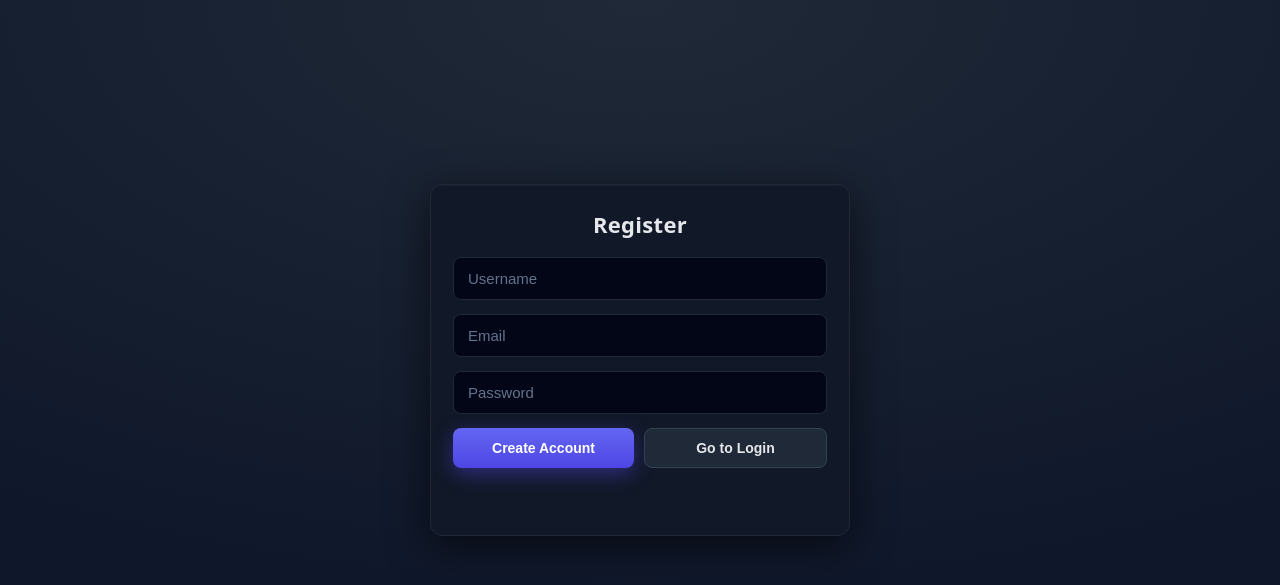
Repository: xqill275/AshChat
Page: public/register.html
An editor plug-in stored every save of this project. The page is shown before and after the next save, followed by the edit.
The browser window is 1280 px wide. The pictures show the whole page.

Above is the page before, as saved 2026-02-13 23:21:21.

### public/register.html
<!doctype html>
<html lang="en">
  <head>
    <meta charset="utf-8" />
    <title>Register</title>
    <meta name="viewport" content="width=device-width, initial-scale=1" />
    <link rel="stylesheet" href="css/login.css" />
  </head>

  <body>
    <div class="card">
      <h2>Register</h2>

      <div class="field">
        <input id="username" placeholder="Username" />
      </div>

      <div class="field">
        <input id="email" placeholder="Email" />
      </div>

      <div class="field">
        <input id="password" type="password" placeholder="Password" />
      </div>

      <div class="actions">
        <button id="btn">Create Account</button>
        <button id="login">Go to Login</button>
      </div>

      <pre id="out"></pre>
    </div>

    <script>
      document.getElementById("btn").onclick = async () => {
        const res = await fetch("/auth/register", {
          method: "POST",
          headers: { "content-type": "application/json" },
          credentials: "include",
          body: JSON.stringify({
            username: username.value,
            email: email.value,
            password: password.value
          })
        });

        out.textContent = await res.text();
        if (res.ok) location.href = "/app.html";
      };

      document.getElementById("login").onclick = () => {
        location.href = "/login.html";
      };
    </script>
  </body>
</html>

### public/css/login.css
/* ---- Reset / base ---- */
* {
  box-sizing: border-box;
}

html, body {
  height: 100%;
  margin: 0;
  font-family: system-ui, -apple-system, BlinkMacSystemFont, "Segoe UI",
    Roboto, Oxygen, Ubuntu, Cantarell, sans-serif;
  background: radial-gradient(1200px 600px at top, #1f2937, #0f172a);
  color: #e5e7eb;
}

/* ---- Layout ---- */
body {
  display: flex;
  align-items: center;
  justify-content: center;
  padding: 16px;
}

/* ---- Card ---- */
.card {
  width: 100%;
  max-width: 420px;
  background: #111827;
  border: 1px solid #1f2937;
  border-radius: 12px;
  padding: 24px 22px 22px;
  box-shadow:
    0 10px 40px rgba(0, 0, 0, 0.6),
    inset 0 1px 0 rgba(255, 255, 255, 0.03);
}

.card h2 {
  margin: 0 0 18px;
  font-size: 22px;
  font-weight: 600;
  text-align: center;
  letter-spacing: 0.3px;
}

/* ---- Fields ---- */
.field {
  margin-bottom: 14px;
}

.field input {
  width: 100%;
  padding: 12px 14px;
  border-radius: 8px;
  border: 1px solid #1f2937;
  background: #020617;
  color: #e5e7eb;
  font-size: 15px;
  outline: none;
  transition: border-color 0.15s, box-shadow 0.15s;
}

.field input::placeholder {
  color: #64748b;
}

.field input:focus {
  border-color: #6366f1;
  box-shadow: 0 0 0 3px rgba(99, 102, 241, 0.25);
}

/* ---- Actions ---- */
.actions {
  display: flex;
  gap: 10px;
  margin-top: 8px;
}

.actions button {
  flex: 1;
  padding: 11px 14px;
  border-radius: 8px;
  border: none;
  font-size: 14px;
  font-weight: 600;
  cursor: pointer;
  transition: transform 0.05s, background 0.15s, box-shadow 0.15s;
}

/* Primary */
#btn {
  background: linear-gradient(180deg, #6366f1, #4f46e5);
  color: white;
  box-shadow: 0 6px 20px rgba(79, 70, 229, 0.45);
}

#btn:hover {
  background: linear-gradient(180deg, #7075f4, #5b53eb);
}

#btn:active {
  transform: translateY(1px);
}

/* Secondary */
#login {
  background: #1f2937;
  color: #e5e7eb;
  border: 1px solid #334155;
}

#login:hover {
  background: #243041;
}

/* ---- Output / errors ---- */
#out {
  margin-top: 14px;
  min-height: 18px;
  font-size: 13px;
  color: #f87171;
  white-space: pre-wrap;
  text-align: center;
}

/* ---- Small screens ---- */
@media (max-width: 420px) {
  .card {
    padding: 20px 18px;
  }
}

### public/css/register.css
<!doctype html>
<html lang="en">
  <head>
    <meta charset="utf-8" />
    <title>Login</title>
    <meta name="viewport" content="width=device-width, initial-scale=1" />
    <link rel="stylesheet" href="css/login.css" />
  </head>

  <body>
    <div class="card">
      <h2>Login</h2>

      <div class="field">
        <input id="email" placeholder="Email or Username" />
      </div>

      <div class="field">
        <input id="password" type="password" placeholder="Password" />
      </div>

      <div class="actions">
        <button id="btn">Login</button>
        <button id="register">Create Account</button>
      </div>

      <pre id="out"></pre>
    </div>

    <script>
      const email = document.getElementById("email");
      const password = document.getElementById("password");
      const out = document.getElementById("out");

      document.getElementById("btn").onclick = async () => {
        out.textContent = "";

        const res = await fetch("/auth/login", {
          method: "POST",
          headers: { "content-type": "application/json" },
          credentials: "include",
          body: JSON.stringify({
            email: email.value,
            password: password.value
          })
        });

        out.textContent = await res.text();
        if (res.ok) location.href = "/app.html";
      };

      document.getElementById("register").onclick = () => {
        location.href = "/register.html";
      };
    </script>
  </body>
</html>

After the next save:
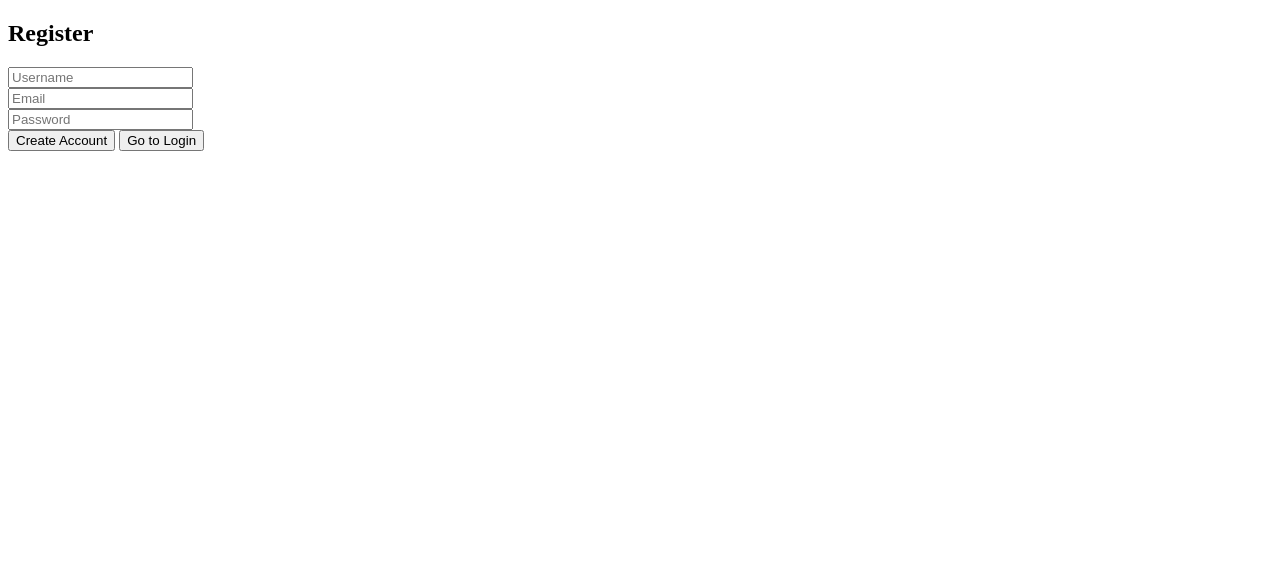
Saved 15 s later.
--- a/public/register.html
+++ b/public/register.html
@@ -4,7 +4,7 @@
     <meta charset="utf-8" />
     <title>Register</title>
     <meta name="viewport" content="width=device-width, initial-scale=1" />
-    <link rel="stylesheet" href="css/login.css" />
+    <link rel="stylesheet" href="css/register.css" />
   </head>
 
   <body>
